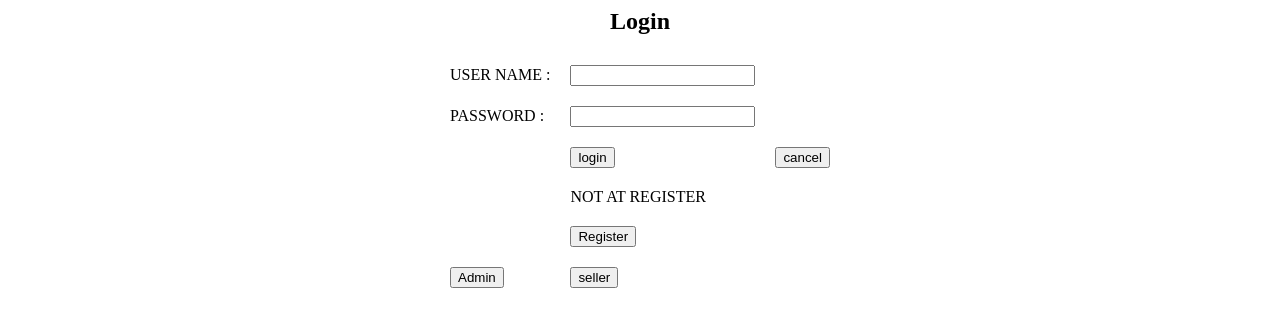
Repository: saik46573/sai
Page: http://localhost/Project/
These files come from the project's save history. The page is drawn as it stood at one moment and after the next save; the edit follows.
The browser window is 1280 px wide. The pictures show the whole page.
The page is served by Tomcat 9. Other server files are loaded and not shown.

Above is the page before, as saved 2023-08-10 05:08:44.

### eclipse-workspace/Project/src/main/webapp/index.jsp
<html>
<body>
<h2 align="center">Login </h2>
<form action="login" method="post">
	<table  align="center" cellpadding="10px" cellspacing="10px" style="border-collapse: collapse">
	<tr>
	<td>USER NAME :</td>

	<td> <input type= "text" name="username"></td>
	</tr>
	<tr>
	<td>PASSWORD :</td>
	<td> <input type= "text" ></td>
	</tr>
	<tr>
	<td></td>
	<td><input type="submit" value="login"></td>
	<td> <input type= "submit" value="cancel"></td>
	</tr>
	<tr>
	<td></td>
	<td>  NOT AT REGISTER  </td>
	</tr>
	<tr>
	<td></td>
	<td><a href="Registration.jsp"><input type="button" value="Register"></a></td>
	</tr>
	<tr>
	<td><input type="submit" value="Admin"></td>
	<td> <input type= "submit" value="seller"></td>
	</tr>
	</table>
</form>
</body>
</html>

After the next save:
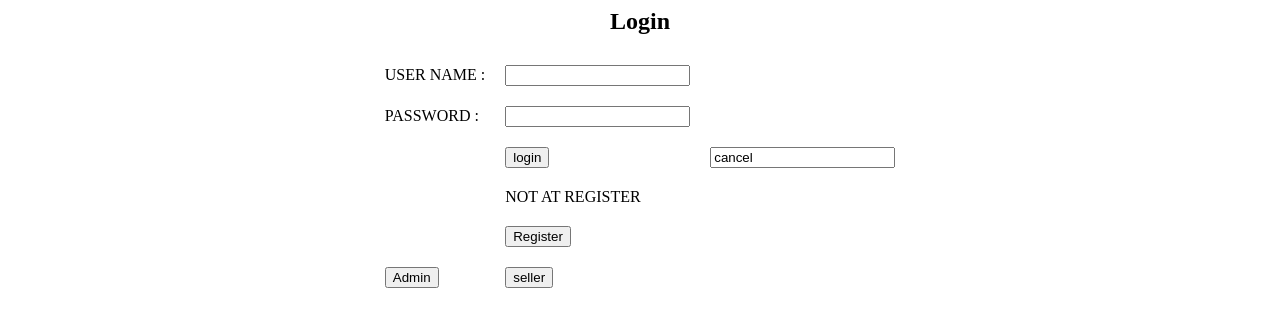
Saved 3 min 19 s later.
--- a/eclipse-workspace/Project/src/main/webapp/index.jsp
+++ b/eclipse-workspace/Project/src/main/webapp/index.jsp
@@ -15,7 +15,7 @@
 	<tr>
 	<td></td>
 	<td><input type="submit" value="login"></td>
-	<td> <input type= "submit" value="cancel"></td>
+	<td> <input type= "cancel" value="cancel"></td>
 	</tr>
 	<tr>
 	<td></td>
